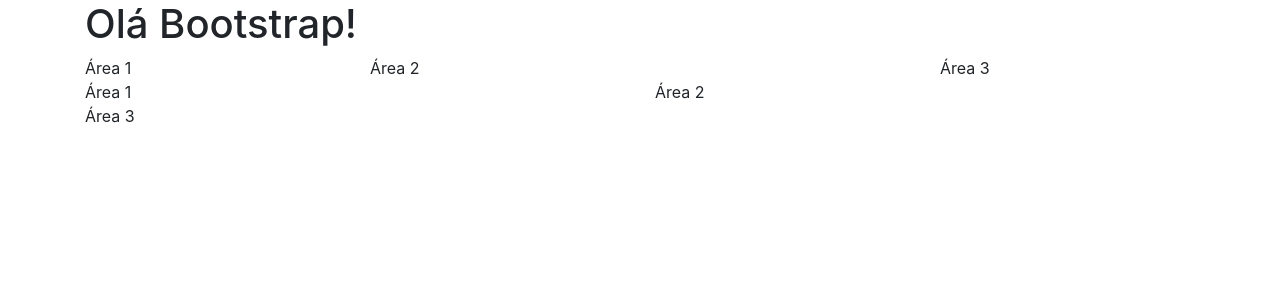
Repository: woodyalan/bootstrap-4
Page: conteudo.html
These files come from the project's save history. The page is drawn as it stood at one moment and after the next save; the edit follows.
The browser window is 1280 px wide. The pictures show the whole page.

Above is the page before, as saved 2020-09-08 22:10:06.

After the next save:
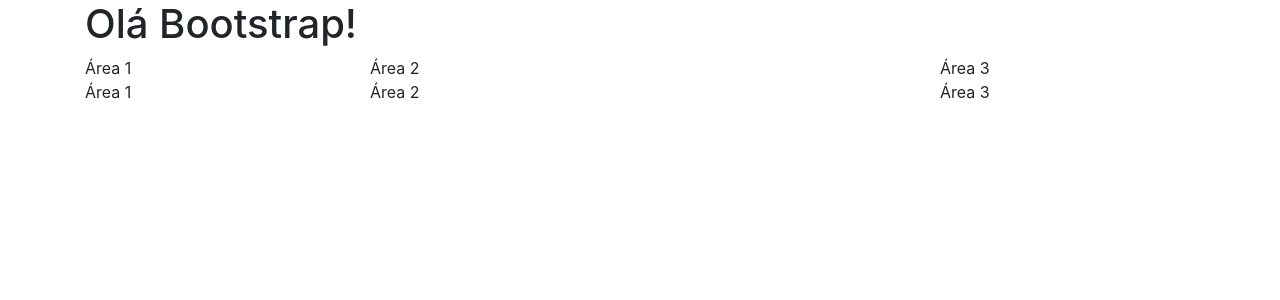
Saved 31 s later.
--- a/conteudo.html
+++ b/conteudo.html
@@ -20,9 +20,9 @@
       </div>
 
       <div class="row">
-        <div class="col-3 col-sm-6">Área 1</div>
-        <div class="col-6 col-sm-6">Área 2</div>
-        <div class="col-3 col-sm-12">Área 3</div>
+        <div class="col-6 col-lg-3">Área 1</div>
+        <div class="col-6 col-lg-6">Área 2</div>
+        <div class="col-12 col-lg-3">Área 3</div>
       </div>
     </div>
 
